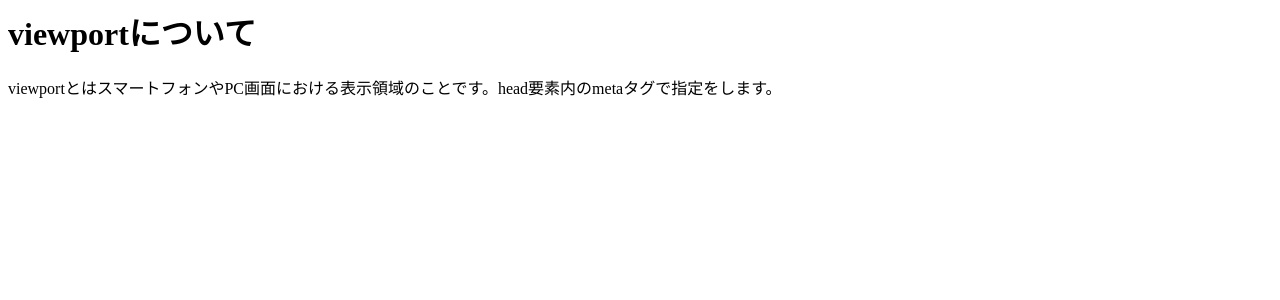
Repository: taekowithrowgit/backend
Page: environment/bottstrap_media.html
The author's editor kept a record of every edit. The page is drawn from the files as they stood at one moment, then again after the next edit.
The browser window is 1280 px wide. The pictures show the whole page.

Above is the page before.

After the next edit:
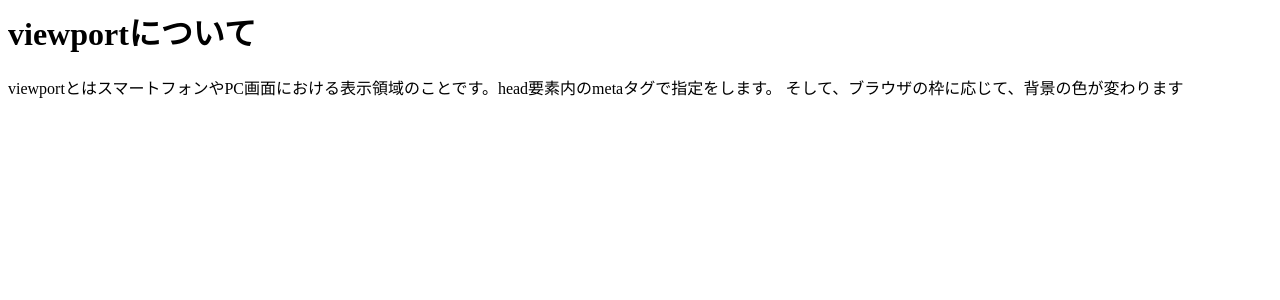
The edit:
--- a/environment/bottstrap_media.html
+++ b/environment/bottstrap_media.html
@@ -6,6 +6,7 @@
     </head>
     <body>
         <h1>viewportについて</h1>
-        <p>viewportとはスマートフォンやPC画面における表示領域のことです。head要素内のmetaタグで指定をします。</p>
+        <p>viewportとはスマートフォンやPC画面における表示領域のことです。head要素内のmetaタグで指定をします。
+        そして、ブラウザの枠に応じて、背景の色が変わります</p>
     </body>
 </html>
